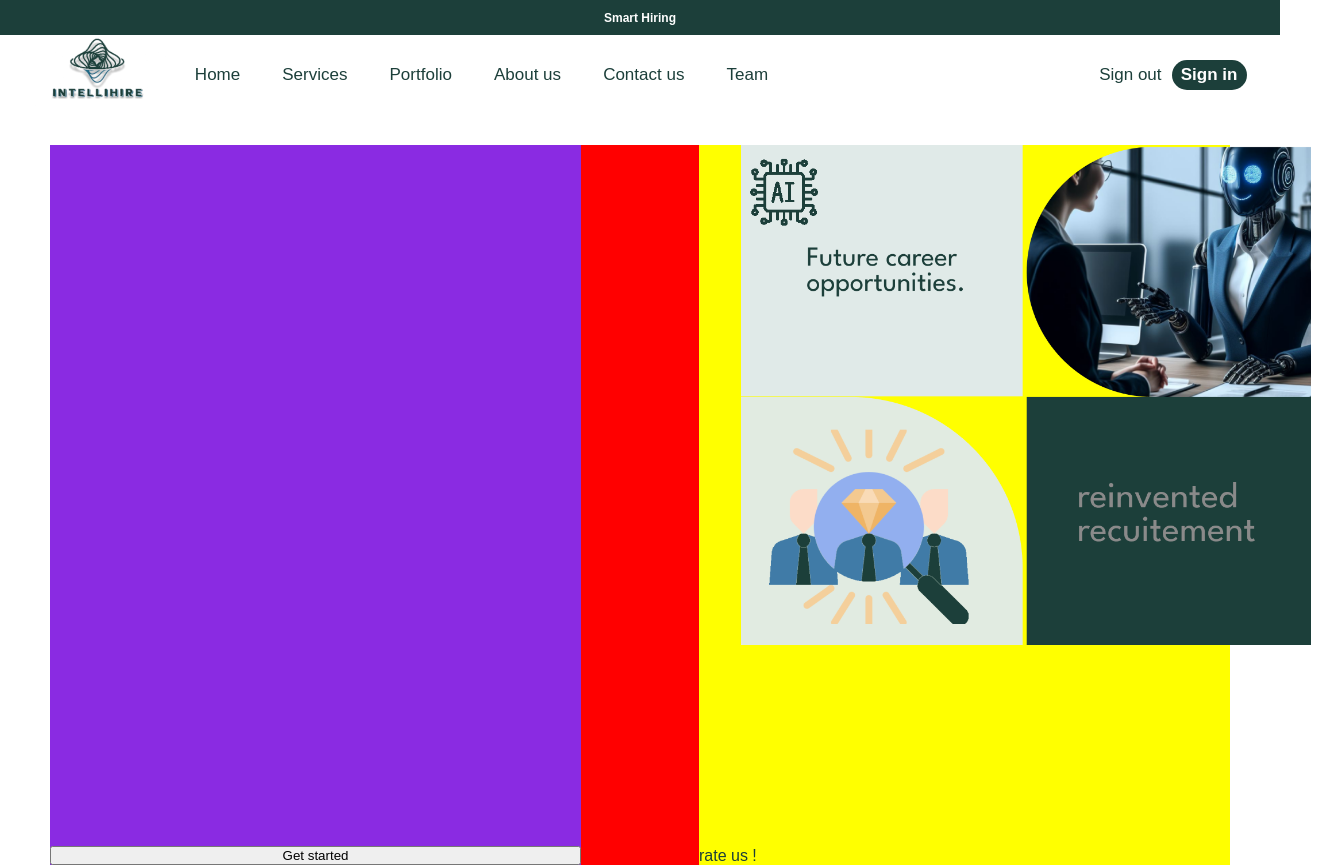
Repository: arijkl/Projet-PFA
Page: HomePage.html
These files come from the project's save history. The page is drawn as it stood at one moment and after the next save; the edit follows.
The browser window is 1280 px wide. The page is 1311 px wide, then 1317 px, so the pictures cover 1317 px, including what lies to the right of the window. The pictures show the whole page.

Above is the page before, as saved 2024-04-21 19:54:16.

After the next save:
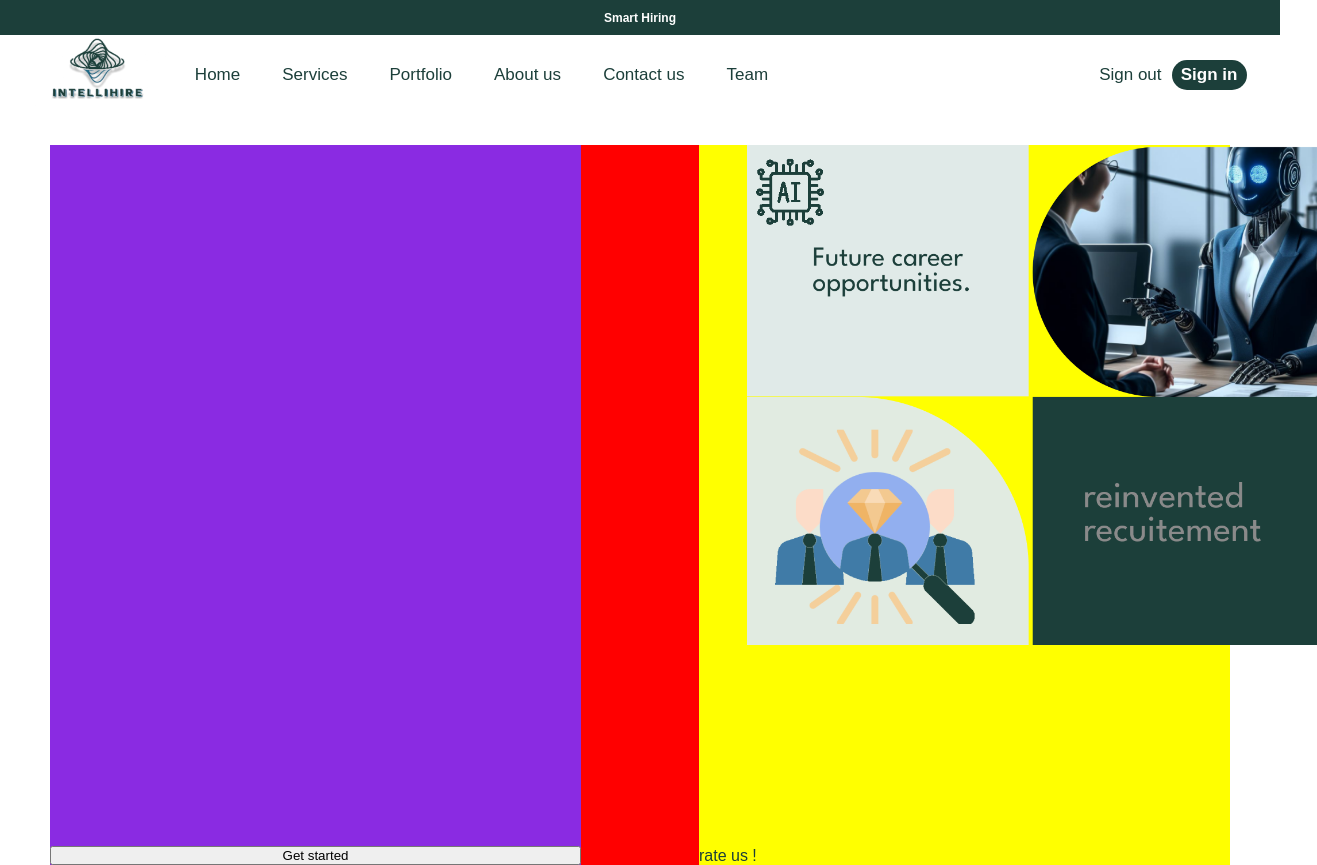
Saved 12 s later.
--- a/HomePage.css
+++ b/HomePage.css
@@ -142,7 +142,7 @@
     justify-content:space-between;
 }
 .right-container img{
-    margin-left: 8%;
+    margin-left: 9%;
     height:500px;
     width:570px;
 
